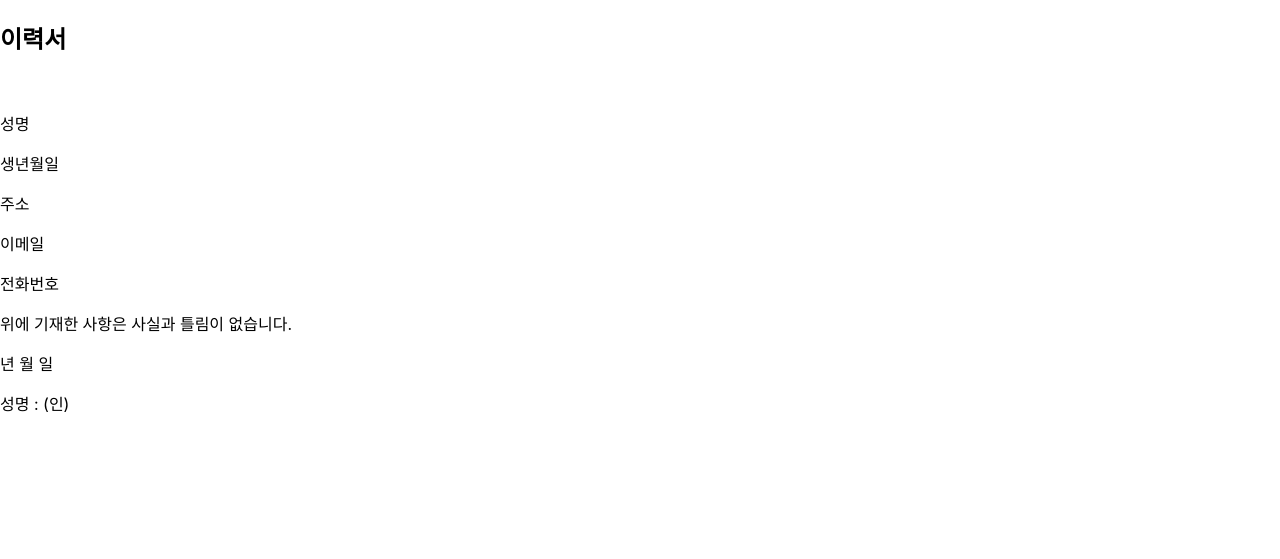
Repository: jiyeonyun/Resume
Page: / (app in resumes/)
An editor plug-in stored every save of this project. The page is shown before and after the next save, followed by the edit.
The browser window is 1280 px wide. The pictures show the whole page.
The project was rebuilt for these pictures with package versions that can differ from the ones it lists, and the page was loaded fresh each time. Also part of the build but not shown: resumes/src/App.module.css.

Above is the page before, as saved 2022-05-25 14:38:39.

### resumes/src/App.jsx
import { useState } from "react";
import styles from "./App.module.css";
import Educational from "./components/educationalHIstory/educational";
import Footer from "./components/footer/footer";
import Header from "./components/header/header";
import PersonalInfo from "./components/personalInfo/personalInfo";
function App() {
  const [personalInfoData, setPersonalInfoData] = useState({
    name: "홍길동",
    birth: "1998-03-18",
    adress: "서울특별시 영등포구",
    email: "jyyun@zentropy.com",
    number: "010-2055-7663",
  });
  return (
    <div className="App">
      <Header />
      <PersonalInfo personalInfoData={personalInfoData} />
      <Educational />
      <Footer />
    </div>
  );
}

export default App;

### resumes/src/components/educationalHIstory/educational.jsx
import React from "react";
import edudata from "../../data/edudata";
const Educational = (props) => {
  console.log(edudata);
  return <></>;
};

export default Educational;

### resumes/src/components/footer/footer.jsx
import React from "react";

const Footer = (props) => {
  return (
    <footer>
      <p>위에 기재한 사항은 사실과 틀림이 없습니다.</p>
      <p>년 월 일</p>
      <p>성명 : (인) </p>
    </footer>
  );
};

export default Footer;

### resumes/src/components/header/header.jsx
import React from "react";

const Header = (props) => {
  return (
    <header>
      <h2>이력서</h2>
    </header>
  );
};

export default Header;

### resumes/src/components/personalInfo/personalInfo.jsx
import React from "react";

const PersonalInfo = ({ personalInfoData }) => {
  return (
    <section>
      <div>
        <img src="" alt="" />
      </div>
      <div>
        <dl>
          <dt>성명</dt>
          <dd></dd>
        </dl>
        <dl>
          <dt>생년월일</dt>
          <dd></dd>
        </dl>
        <dl>
          <dt>주소</dt>
          <dd></dd>
        </dl>
        <dl>
          <dt>이메일</dt>
          <dd></dd>
        </dl>
        <dl>
          <dt>전화번호</dt>
          <dd></dd>
        </dl>
      </div>
    </section>
  );
};

export default PersonalInfo;

### resumes/src/data/edudata.js
export default [
  {
    date: "2014.03 ~ 2017.02",
    content: "@@ 고등학교",
    grade: "인문계",
    gradu: true,
  },
  {
    date: "2017.03 ~ 2020.08",
    content: "@@ 대학교 경영정보학 전공",
    grade: "4.0/4.5",
    gradu: true,
  },
  {
    date: "2020.09 ~ 2023.09",
    content: "@@ 대학교 @@ 대학원 경영정보학 전공",
    grade: "4.0/4.5",
    gradu: true,
  },
];

Loaded but not shown: resumes/public/index.html (common file); resumes/src/index.js (common file); resumes/src/index.css (common file); resumes/src/reportWebVitals.js (common file)

After the next save:
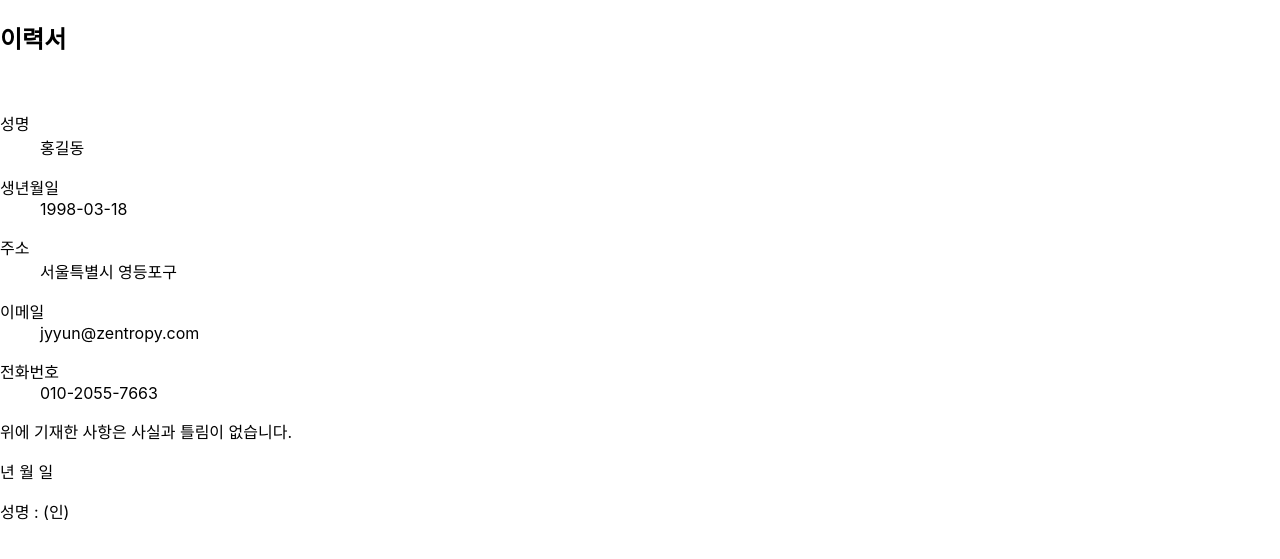
Saved 36 s later.
--- a/resumes/src/components/personalInfo/personalInfo.jsx
+++ b/resumes/src/components/personalInfo/personalInfo.jsx
@@ -9,23 +9,23 @@ const PersonalInfo = ({ personalInfoData }) => {
       <div>
         <dl>
           <dt>성명</dt>
-          <dd></dd>
+          <dd>{personalInfoData.name}</dd>
         </dl>
         <dl>
           <dt>생년월일</dt>
-          <dd></dd>
+          <dd>{personalInfoData.birth}</dd>
         </dl>
         <dl>
           <dt>주소</dt>
-          <dd></dd>
+          <dd>{personalInfoData.adress}</dd>
         </dl>
         <dl>
           <dt>이메일</dt>
-          <dd></dd>
+          <dd>{personalInfoData.email}</dd>
         </dl>
         <dl>
           <dt>전화번호</dt>
-          <dd></dd>
+          <dd>{personalInfoData.number}</dd>
         </dl>
       </div>
     </section>
